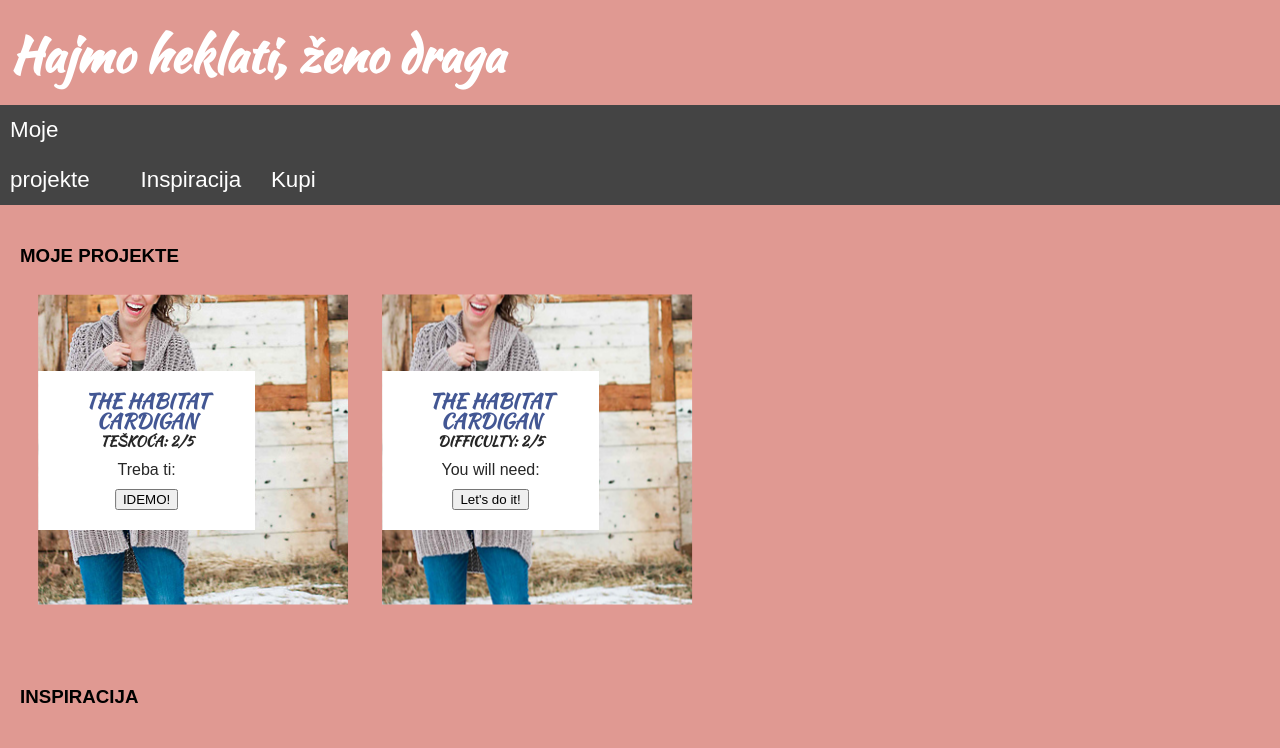
Repository: sdnc/Heklamo
Page: index.html
These files come from the project's save history. The page is drawn as it stood at one moment and after the next save; the edit follows.
The browser window is 1280 px wide. The pictures show the whole page.

Above is the page before, as saved 2020-12-24 15:06:42.
Console error: ReferenceError: $ is not defined

### index.html
<html>

<head>
  <meta charset="UTF-8" />
  <meta name="viewport" content="width=device-width, initial-scale=1.0" />
  <title>Heklamo</title>
  <link rel="preconnect" href="https://fonts.gstatic.com">
<link href="https://fonts.googleapis.com/css2?family=Kaushan+Script&display=swap" rel="stylesheet">
  <link href="https://maxcdn.bootstrapcdn.com/font-awesome/4.7.0/css/font-awesome.min.css" rel="stylesheet">
  <link rel="stylesheet" href="styles.css" />
  <script src="https://unpkg.com/vue@next" defer></script>
  <script src="app.js" defer></script>
</head>

<body>
  <!--1) -->
  <!--2) -->
  <section id="header">
    <h1>Hajmo heklati, ženo draga</h1>
  </section>
  <section class="nav">
    <ul>
      <li class="setove"><a href="#">Moje projekte</a></li>
      <li class="inspiracija"><a href="#">Inspiracija</a></li>
      <li class="kupi"><a href="#">Kupi</a></li>
    </ul>
  </section>
    <section id="sets" class="divider">
      <h3>MOJE PROJEKTE</h3>
    <div class="card">
      <div class="image">
        <img
          src="img/habitatcardigan.jpg" />
      </div>
      <div class="details">
        <div class="center">
          <h1>The Habitat Cardigan<br><span>Teškoća: 2/5</span></h1>
          <p>Treba ti:</p>
          <button>IDEMO!</button>
        </div>
      </div>
    </div>

    <div class="card">
      <div class="image">
        <img src="img/habitatcardigan.jpg" />
      </div>
      <div class="details">
        <div class="center">
          <h1>The Habitat Cardigan<br><span>Difficulty: 2/5</span></h1>
          <p>You will need:</p>
          <button>Let's do it!</button>
        </div>
      </div>
    </div>
  </section>

  <section id="inspiration" class="divider">
    <h3>INSPIRACIJA</h3>



  </section>

  <section id="buy" class="divider">

  </section>

  <script>


  </script>
</body>

</html>

### styles.css
body {
  margin: 0;
  padding: 0;
  font-family: sans-serif;
  background-color: #e09992;
}

.divider {
  margin: 40px 0 30px 20px;
}

h1 {
  font-family: "Kaushan Script", sans-serif;
  font-size: 48;
  margin: 20px 0 15px 10px;
  color: white;
}
/* NAV BAR */

.nav ul {
  list-style: none;
  background-color: #444;
  text-align: left;
  padding: 0;
  margin: 0;
}
.nav li {
  font-family: 'Oswald', sans-serif;
  font-size: 0.2rem;
  padding-left: 10px;
}

.nav a {
  text-decoration: none;
  color: #fff;
  display: block;
  transition: .3s background-color;
}

.nav a:hover {
  background-color: #e09992;
}
/*
.nav a.active {
  background-color: #fff;
  color: #444;
  cursor: default;
} */

@media screen and (min-width: 600px) {
  .nav li {
    width: 120px;
    border-bottom: none;
    height: 50px;
    line-height: 50px;
    font-size: 1.4em;
  }

  /* Option 1 - Display Inline */
  .nav li {
    display: inline-block;
    margin-right: -4px;
  }

/* MY SETS - section */
.card {
  margin: 5px 15px;
  display: inline-block;
  transform: translate(1%,1%);
  width: 310px;
  height: 350px;
}
.image {
  width: 310px;
  height: 350px;
  overflow: hidden;
}
.card .image img {
  width: 100%;
  transition: .5s;
}
.card:hover .image img {
  opacity: .5;
  transform: translateX(30%);/*100%*/
}
.card .details {
  position: absolute;
  top: 0;
  left: 0;
  width: 70%;/*100%*/
  height: 89%;
  background: #7ca9e0;
  transition: .5s;
  transform-origin: left;
  transform: perspective(2000px) rotateY(-90deg);
}
.card:hover .details {
  transform: perspective(2000px) rotateY(0deg);
}
.card .details .center {
  padding: 20px;
  text-align: center;
  background: #fff;
  position: absolute;
  top: 50%;
  transform: translateY(-50%);
}
.card .details .center h1 {
  margin: 0;
  padding: 0;
  color: #435794;
  line-height: 20px;
  font-size: 20px;
  text-transform: uppercase;
}
.card .details .center h1 span {
  font-size: 14px;
  color: #262626;
}
.card .details .center p {
  margin: 10px 0;
  padding: 0;
  color: #262626;
}

/* INPIRATION SECTION */

### app.js
$('#recipeCarousel').carousel({
    interval: 10000
  })

  $('.carousel .carousel-item').each(function(){
      var minPerSlide = 3;
      var next = $(this).next();
      if (!next.length) {
      next = $(this).siblings(':first');
      }
      next.children(':first-child').clone().appendTo($(this));

      for (var i=0;i<minPerSlide;i++) {
          next=next.next();
          if (!next.length) {
              next = $(this).siblings(':first');
            }

          next.children(':first-child').clone().appendTo($(this));
        }
  });

After the next save:
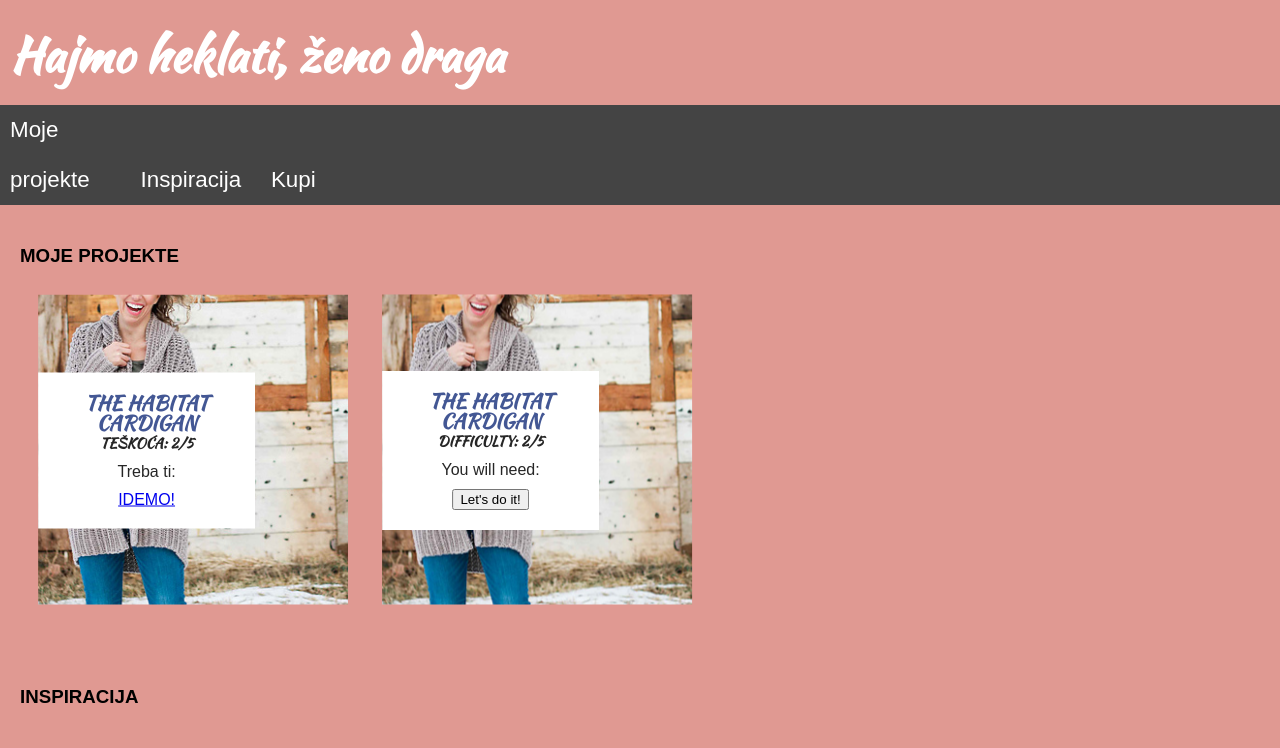
Saved 2 min 42 s later.
--- a/index.html
+++ b/index.html
@@ -36,7 +36,7 @@
         <div class="center">
           <h1>The Habitat Cardigan<br><span>Teškoća: 2/5</span></h1>
           <p>Treba ti:</p>
-          <button>IDEMO!</button>
+          <a href="#" class="button">IDEMO!</a>
         </div>
       </div>
     </div>
